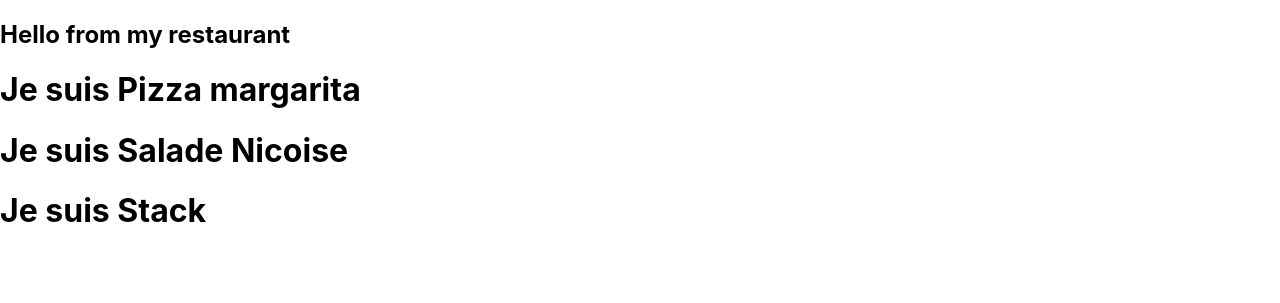
Repository: FS-23/my-restaurant
Page: /
An editor plug-in stored every save of this project. The page is shown before and after the next save, followed by the edit.
The browser window is 1280 px wide. The pictures show the whole page.
The project was rebuilt for these pictures with package versions that can differ from the ones it lists, and the page was loaded fresh each time.

Above is the page before, as saved 2022-04-29 12:39:46.

After the next save:
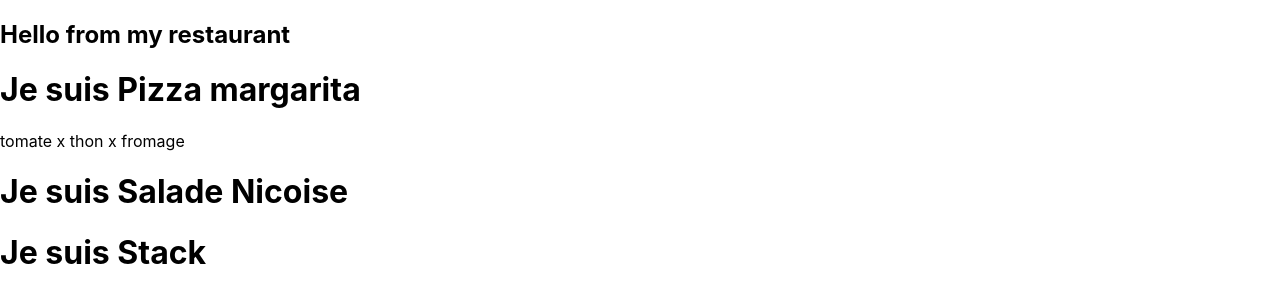
Saved 14 s later.
--- a/src/App.js
+++ b/src/App.js
@@ -3,7 +3,7 @@ function App() {
   return (
     <div className="App">
         <h2>Hello from my restaurant</h2>
-        <Plat name="Pizza margarita" price="12" ingrediant="tomate x thon x fromage"/>
+        <Plat name="Pizza margarita" price="12" ingredient="tomate x thon x fromage"/>
         <Plat name="Salade Nicoise"/>
         <Plat name="Stack"/>
     </div>
